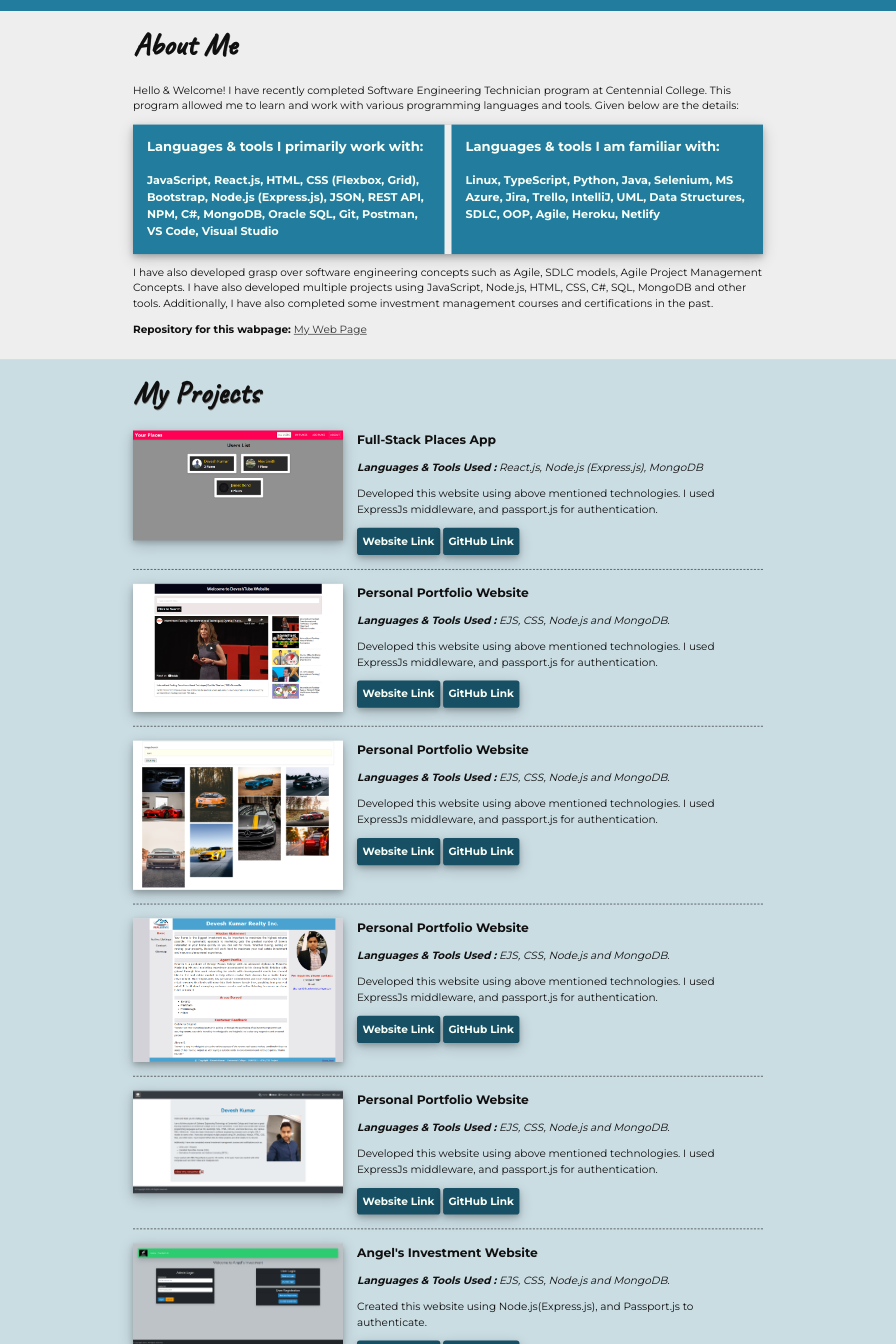
Repository: My-Web-Page/MyWebPage
Page: index.html
An editor plug-in stored every save of this project. The page is shown before and after the next save, followed by the edit.
The browser window is 1280 px wide. The pictures show the part of the page from y = 560 to 2480 px (the page is 4749 px tall before and 4773 px after), at 70% of full size.
Some web libraries are served in a nearby version.

Above is the page before, as saved 2021-09-06 22:59:56.

After the next save:
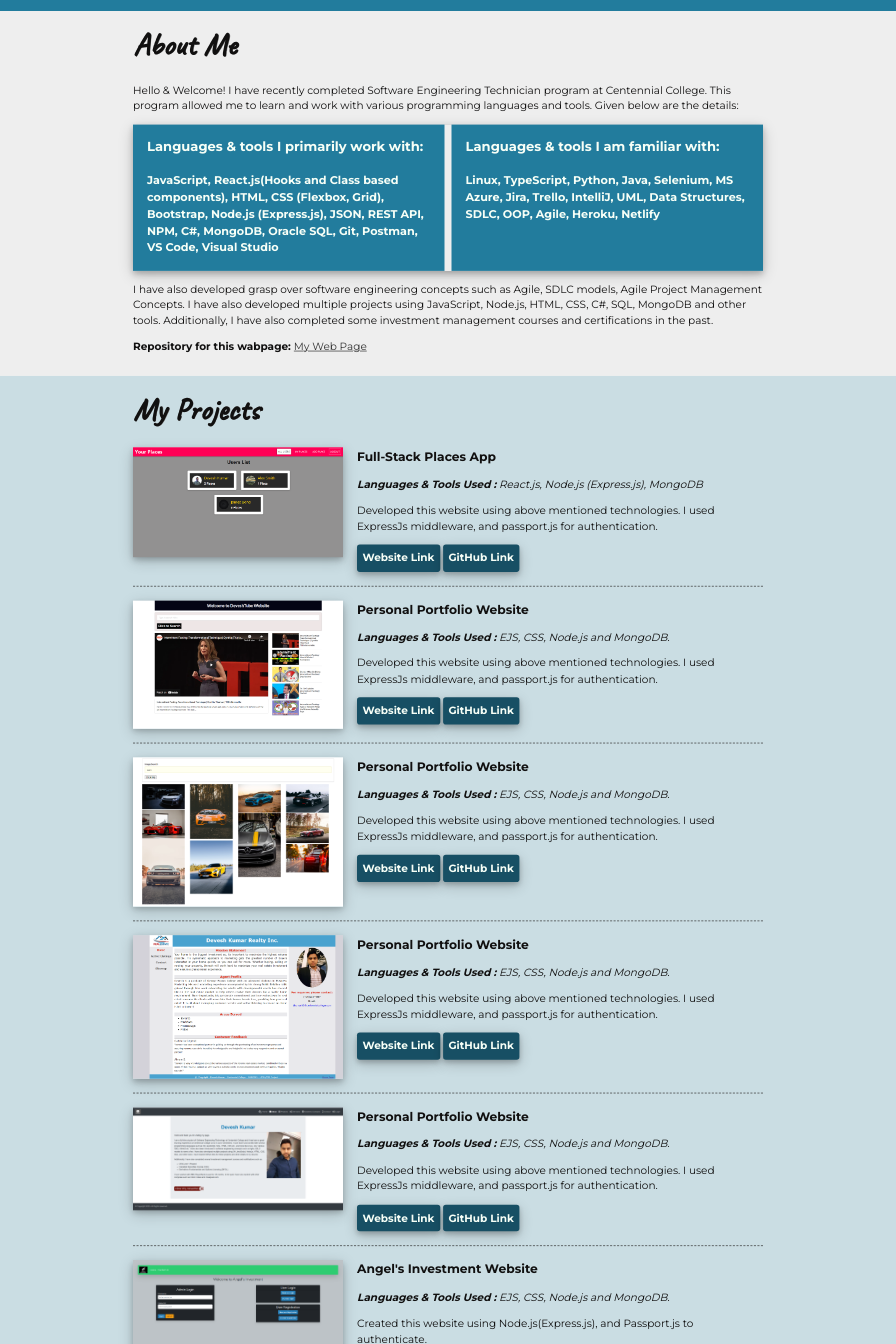
Saved 91 s later.
--- a/index.html
+++ b/index.html
@@ -52,7 +52,7 @@
                 <div class="grid-container">
                     <div class="grid-item">
                         <h3>Languages & tools I primarily work with:</h3>
-                        <h4> JavaScript, React.js, HTML, CSS (Flexbox, Grid), Bootstrap, Node.js (Express.js), JSON, REST API, NPM, C#, MongoDB, Oracle SQL, Git, Postman, VS Code, Visual Studio
+                        <h4> JavaScript, React.js(Hooks and Class based components), HTML, CSS (Flexbox, Grid), Bootstrap, Node.js (Express.js), JSON, REST API, NPM, C#, MongoDB, Oracle SQL, Git, Postman, VS Code, Visual Studio
                             </p>
                     </div>
 
